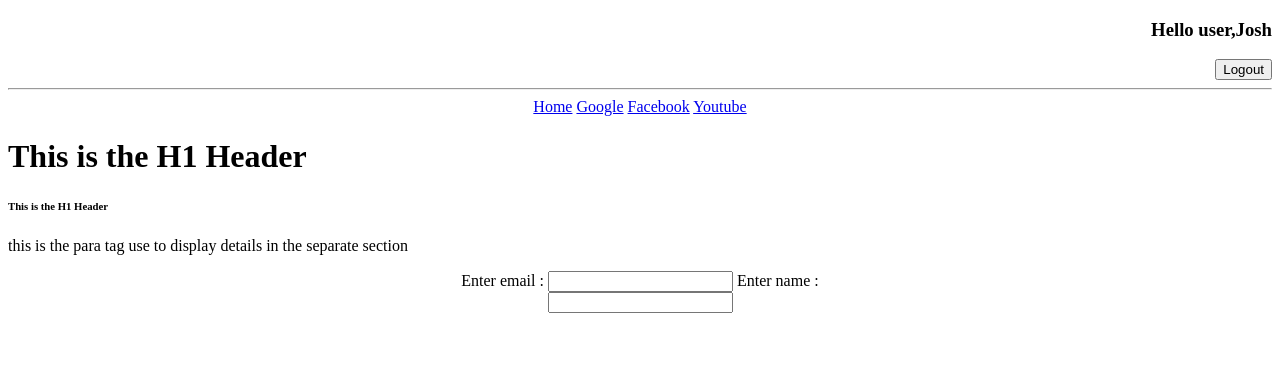
Repository: devandevare/Java
Page: Adv Java/Projects/first-web-app/src/main/webapp/demo.html
An editor plug-in stored every save of this project. The page is shown before and after the next save, followed by the edit.
The browser window is 1280 px wide. The pictures show the whole page.

Above is the page before, as saved 2022-09-25 05:50:32.

### Adv Java/Projects/first-web-app/src/main/webapp/demo.html
<!DOCTYPE html>
<html>
	<head>
	<meta charset="ISO-8859-1">
	<title> Html Revision</title>
	</head>
	<body>
		<div align="right">
			<h3>Hello user,Josh</h3>
			<button>Logout</button>
		</div>
		<hr>
	<div align="center">
	<a href="#">Home</a>
	<a href="https://www.google.com">Google</a>
	<a href="https://ww.facebook.com">Facebook</a>
	<a href="https://www.youtube.com">Youtube</a>


	</div>
		<h1>This is the H1 Header</h1>
		<h6>This is the H1 Header</h6>

		<p>
		this is the para tag use to display details in the separate section
		</p>

		<div align="center">
		<form action="" method="get">
		<label>Enter email :</label>
		<input type="email" name="email"> </input>
			<label>Enter name :</label>
			<br/>
		<input type="text" name="name"> </input>
		</form>
		</div>



	</body>
</html>

After the next save:
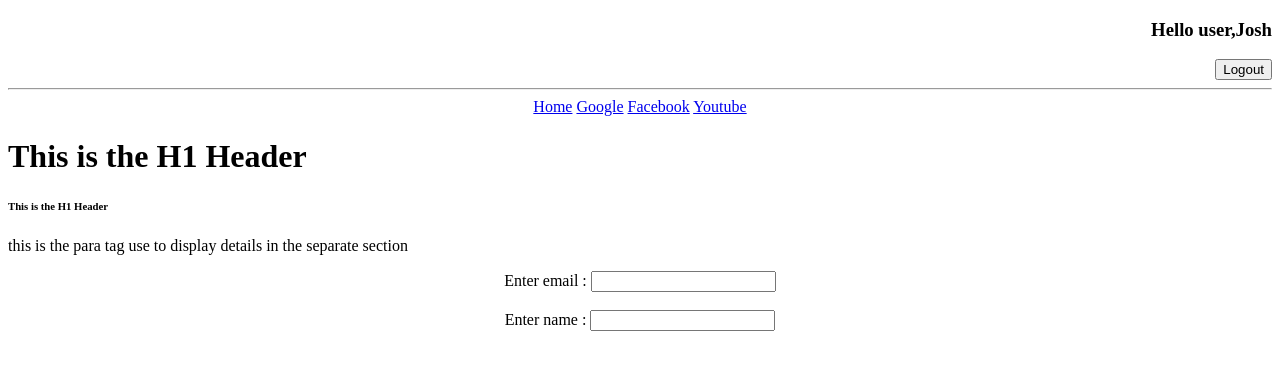
Saved 17 s later.
--- a/Adv Java/Projects/first-web-app/src/main/webapp/demo.html
+++ b/Adv Java/Projects/first-web-app/src/main/webapp/demo.html
@@ -29,8 +29,9 @@
 		<form action="" method="get">
 		<label>Enter email :</label>
 		<input type="email" name="email"> </input>
+		<br/>
+		<br/>
 			<label>Enter name :</label>
-			<br/>
 		<input type="text" name="name"> </input>
 		</form>
 		</div>
